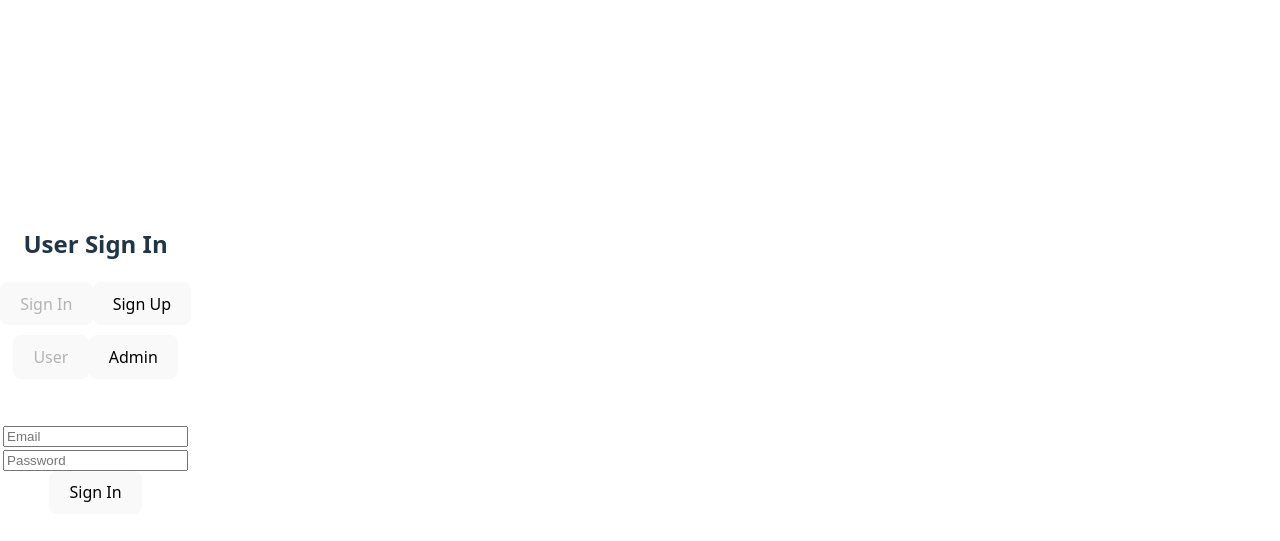
Repository: EphrahimLaanyu123/Karis
Page: /
An editor plug-in stored every save of this project. The page is shown before and after the next save, followed by the edit.
The browser window is 1280 px wide. The pictures show the whole page.
The project was rebuilt for these pictures with package versions that can differ from the ones it lists, and the page was loaded fresh each time. Also part of the build but not shown: vite.config.js, src/components/Dashboard.jsx, src/components/admin/Dashboard.jsx, src/components/admin/ProtectedAdminRoute.jsx.

Above is the page before, as saved 2025-05-16 13:38:46.

After the next save:
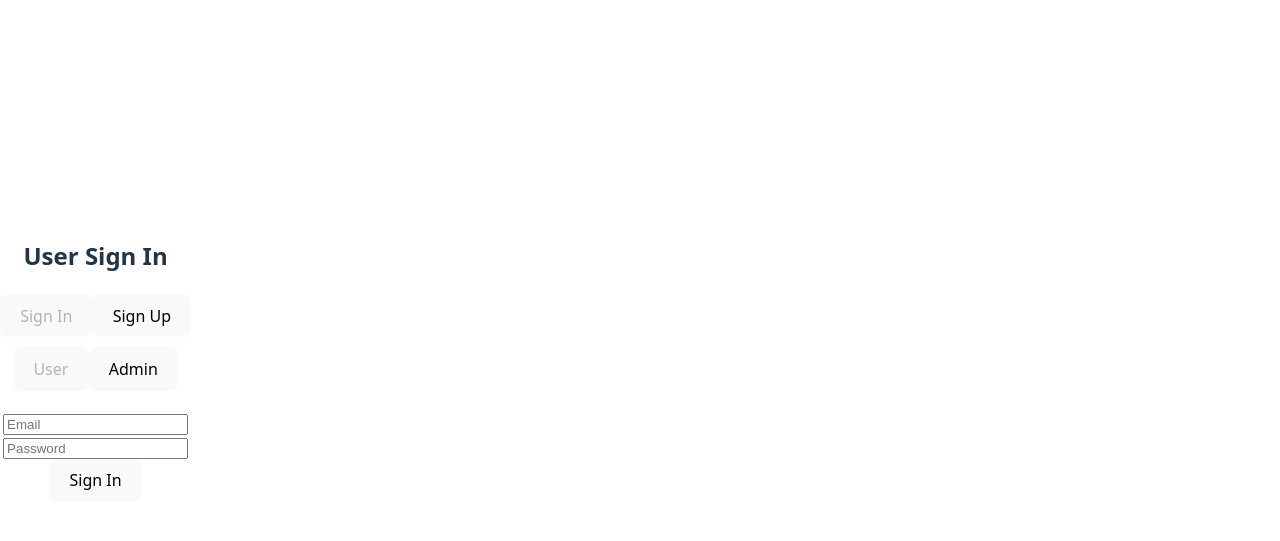
Saved 3 min 37 s later.
--- a/src/components/Auth.jsx
+++ b/src/components/Auth.jsx
@@ -7,7 +7,7 @@ const Auth = () => {
   const [mode, setMode] = useState('signin'); // 'signin' or 'signup'
   const [email, setEmail] = useState('');
   const [password, setPassword] = useState('');
-  const [name, setName] = useState(''); // Only used during signup
+  const [name, setName] = useState(''); // Used for signup
 
   const handleAuth = async () => {
     const isSignup = mode === 'signup';
@@ -23,21 +23,30 @@ const Auth = () => {
         body: JSON.stringify(body),
       });
 
-      if (res.ok) {
-        const data = await res.json(); // assuming your backend returns some user info
-        localStorage.setItem('isAdmin', authType === 'admin' ? 'true' : 'false');
+      const data = await res.json();
 
-        // Redirect based on role
-        if (authType === 'admin') {
-          navigate('/admin/dashboard');
-        } else {
-          navigate('/dashboard');
-        }
+      if (!res.ok) {
+        alert(data.message || 'Authentication failed');
+        return;
+      }
+
+      // ✅ Store token in localStorage
+      if (data.token) {
+        localStorage.setItem('token', data.token);
+      }
+
+      localStorage.setItem('isAdmin', authType === 'admin' ? 'true' : 'false');
+
+      // ✅ Redirect
+      if (authType === 'admin') {
+        navigate('/admin/dashboard');
+      } else {
+        navigate('/dashboard');
       }
 
     } catch (err) {
-      console.error(err);
-      alert('Network error');
+      console.error('Auth error:', err);
+      alert('Network error. Please try again.');
     }
   };
 
@@ -58,31 +67,33 @@ const Auth = () => {
       </div>
 
       {mode === 'signup' && (
-        <input
-          type="text"
-          value={name}
-          onChange={e => setName(e.target.value)}
-          placeholder="Name"
-          required
-        />
+        <>
+          <input
+            type="text"
+            value={name}
+            onChange={e => setName(e.target.value)}
+            placeholder="Name"
+            required
+          /><br />
+        </>
       )}
-      <br />
+
       <input
         type="email"
         value={email}
         onChange={e => setEmail(e.target.value)}
         placeholder="Email"
         required
-      />
-      <br />
+      /><br />
+
       <input
         type="password"
         value={password}
         onChange={e => setPassword(e.target.value)}
         placeholder="Password"
         required
-      />
-      <br />
+      /><br />
+
       <button onClick={handleAuth}>
         {mode === 'signin' ? 'Sign In' : 'Sign Up'}
       </button>
